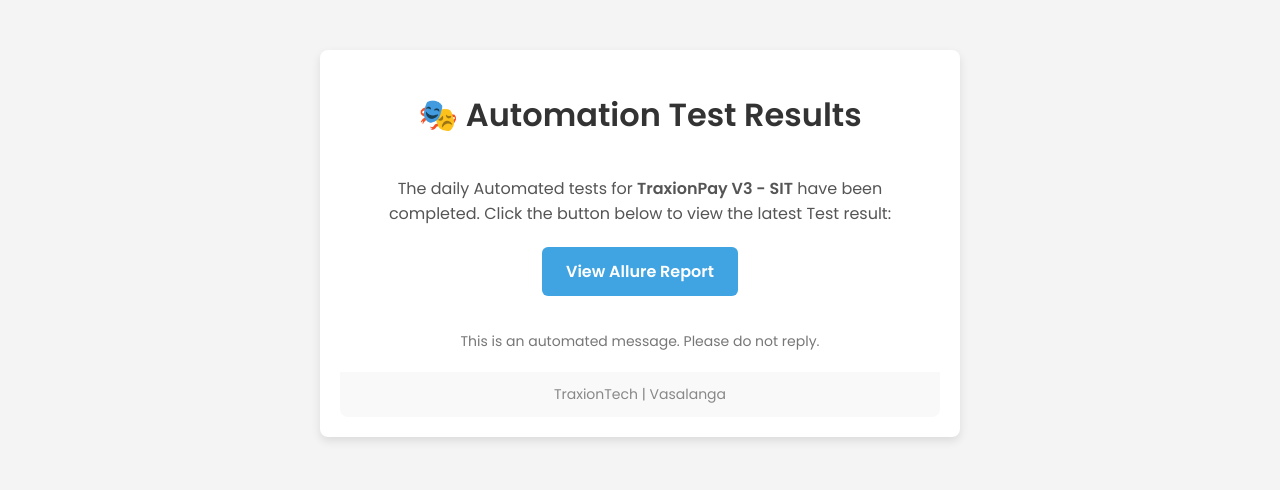
Repository: jmendozaqa24/TraxionPay-V3
Page: template.html
These files come from the project's save history. The page is drawn as it stood at one moment and after the next save; the edit follows.
The browser window is 1280 px wide. The pictures show the whole page.

Above is the page before, as saved 2025-02-18 09:55:56.

After the next save:
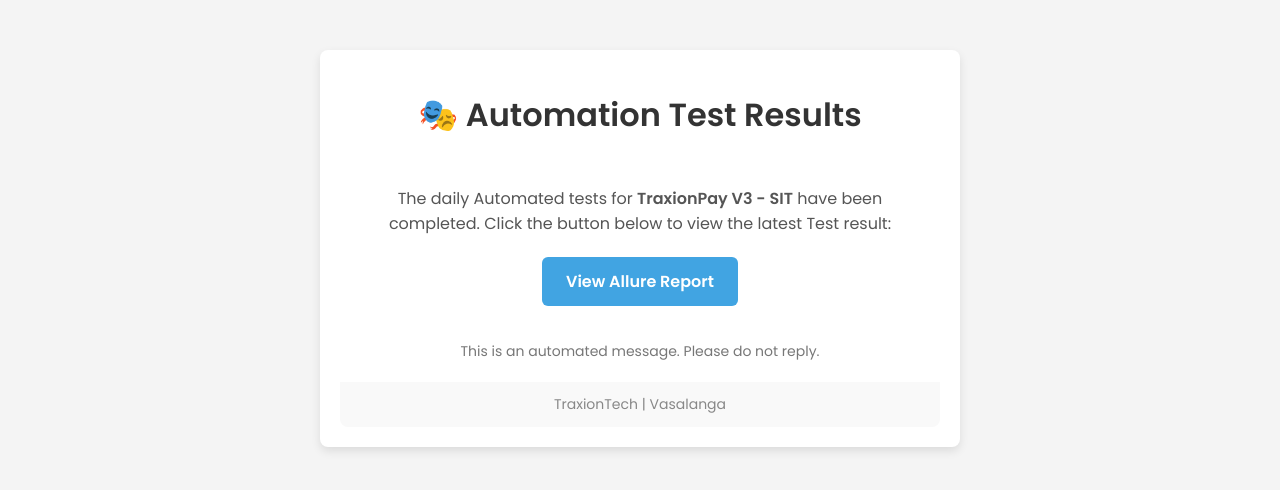
Saved 28 min 5 s later.
--- a/template.html
+++ b/template.html
@@ -8,11 +8,10 @@
 </head>
 <body style="font-family: 'Poppins', Arial, sans-serif; background-color: #f4f4f4; margin: 5px 0; padding: 25px; border-radius: 8px;">
     <div style="max-width: 600px; margin: 20px auto; background-color: #ffffff; padding: 20px; border-radius: 8px; box-shadow: 0 4px 10px rgba(0, 0, 0, 0.1);">
-
-      <div style="text-align: center;">
-          <h1 style="color: #333333;  display: flex; align-items: center; justify-content: center;"> 🎭 Automation Test Results
-          </h1>
-      </div>
+        <!-- Header -->
+        <div style="text-align: center;">
+              <h1 style="color: #333333; margin: 5; padding-bottom: 10px;">🎭 Automation Test Results</h1>
+        </div>
 
         <!-- Body Content -->
         <div style="text-align: center; padding: 15px 30px;">
